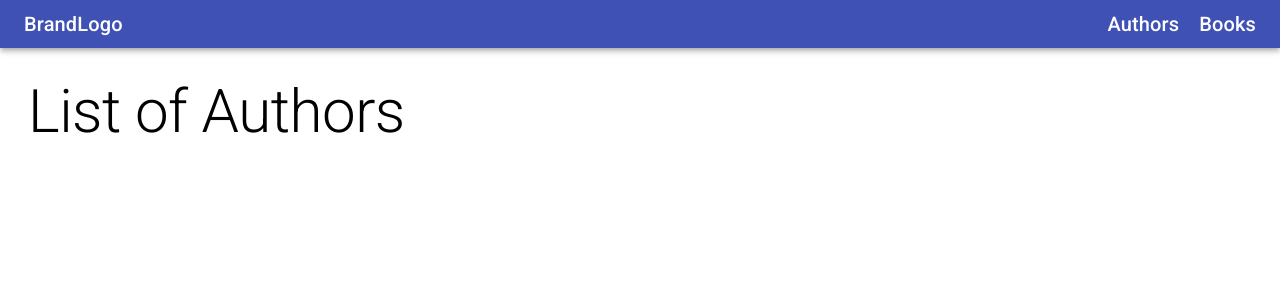
Repository: Sociophuck/00007494
Page: /authors (app in front/)
An editor plug-in stored every save of this project. The page is shown before and after the next save, followed by the edit.
The browser window is 1280 px wide. The pictures show the whole page.
The page's requests for data from a server got no answer. The project was rebuilt for these pictures with package versions that can differ from the ones it lists, and the page was loaded fresh each time. No one was signed in, and anything a server would have sent is missing. Also part of the build but not shown: front/src/Book.js, front/src/Home.js.

Above is the page before, as saved 2021-04-04 12:04:37.

### front/src/index.css
body {
  margin: 0;
}

.header-links {
  display: flex;
}
.header-links > a {
  margin-left: 20px;
  text-decoration: none;
  color: white;
}
.header-links > a:hover {
  color: lightblue;
}

.link {
  text-decoration: none;
  color: white;
}

### front/src/App.js
import Author from "./Author";
import "./App.css";
import { BrowserRouter as Router, Route, Switch } from "react-router-dom";
import Book from "./Book";
import Home from "./Home";
import NavBar from "./NavBar";

function App() {
  return (
    <Router>
      <div className="App">
        <NavBar />
        <div className="mainBody">
          <Switch>
            <Route exact path="/">
              <Home />
            </Route>
            <Route path="/authors">
              <Author />
            </Route>
            <Route path="/books">
              <Book />
            </Route>
          </Switch>
        </div>
      </div>
    </Router>
  );
}

export default App;

### front/src/Author.js
import axios from "axios";
import { useEffect, useState } from "react";
import Grid from "@material-ui/core/Grid";
import Paper from "@material-ui/core/Paper";
import { makeStyles } from "@material-ui/core/styles";
import Typography from "@material-ui/core/Typography";

function Author() {
  const [data, setData] = useState([]);
  useEffect(() => {
    axios
      .get("http://localhost:3318/api/Authors")
      .then(function (response) {
        setData(response.data);
        console.log(response);
      })
      .catch(function (error) {
        console.log(error);
      });
  }, []);

  return (
    <div>
      <Typography variant="h2">List of Authors</Typography>
      <div>
        {data &&
          data.map((item) => {
            return <p>{item.firstName}</p>;
          })}
      </div>
    </div>
  );
}

export default Author;

### front/src/App.css
.mainBody {
  padding: 28px;
}

### front/src/NavBar.js
import { Link } from "react-router-dom";
import React from "react";
import { makeStyles } from "@material-ui/core/styles";
import AppBar from "@material-ui/core/AppBar";
import Toolbar from "@material-ui/core/Toolbar";
import Typography from "@material-ui/core/Typography";

const useStyles = makeStyles((theme) => ({
  root: {
    flexGrow: 1,
    color: "",
  },
  logo: {
    flexGrow: 1,
  },
}));

function NavBar() {
  const classes = useStyles();

  return (
    <div className={classes.root}>
      <AppBar position="static">
        <Toolbar variant="dense">
          <Typography className={classes.logo} variant="h6">
            <Link to="/" className="link">
              BrandLogo
            </Link>
          </Typography>

          <div className="header-links">
            <Link to="/authors">
              <Typography variant="h6" color="inherit">
                Authors
              </Typography>
            </Link>
            <Link to="/books">
              <Typography variant="h6" color="inherit">
                Books
              </Typography>
            </Link>
          </div>
        </Toolbar>
      </AppBar>
    </div>
  );
}

export default NavBar;

Loaded but not shown: front/public/index.html (common file); front/src/index.js (common file)

After the next save:
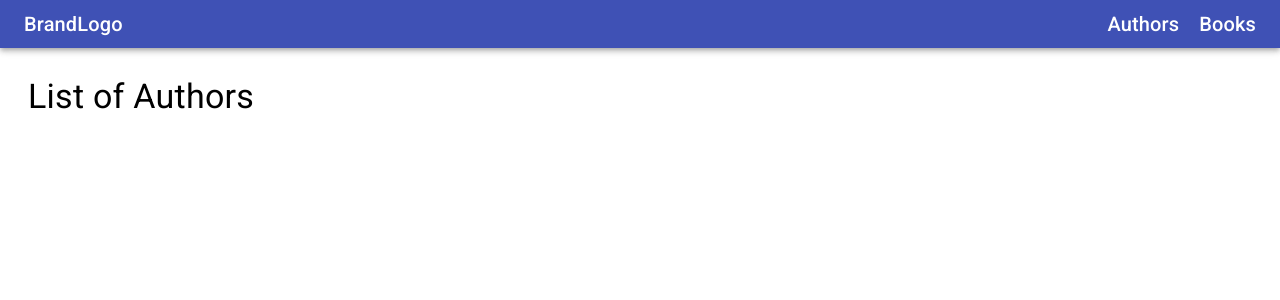
Saved 4 s later.
--- a/front/src/Author.js
+++ b/front/src/Author.js
@@ -21,7 +21,7 @@ function Author() {
 
   return (
     <div>
-      <Typography variant="h2">List of Authors</Typography>
+      <Typography variant="h4">List of Authors</Typography>
       <div>
         {data &&
           data.map((item) => {
